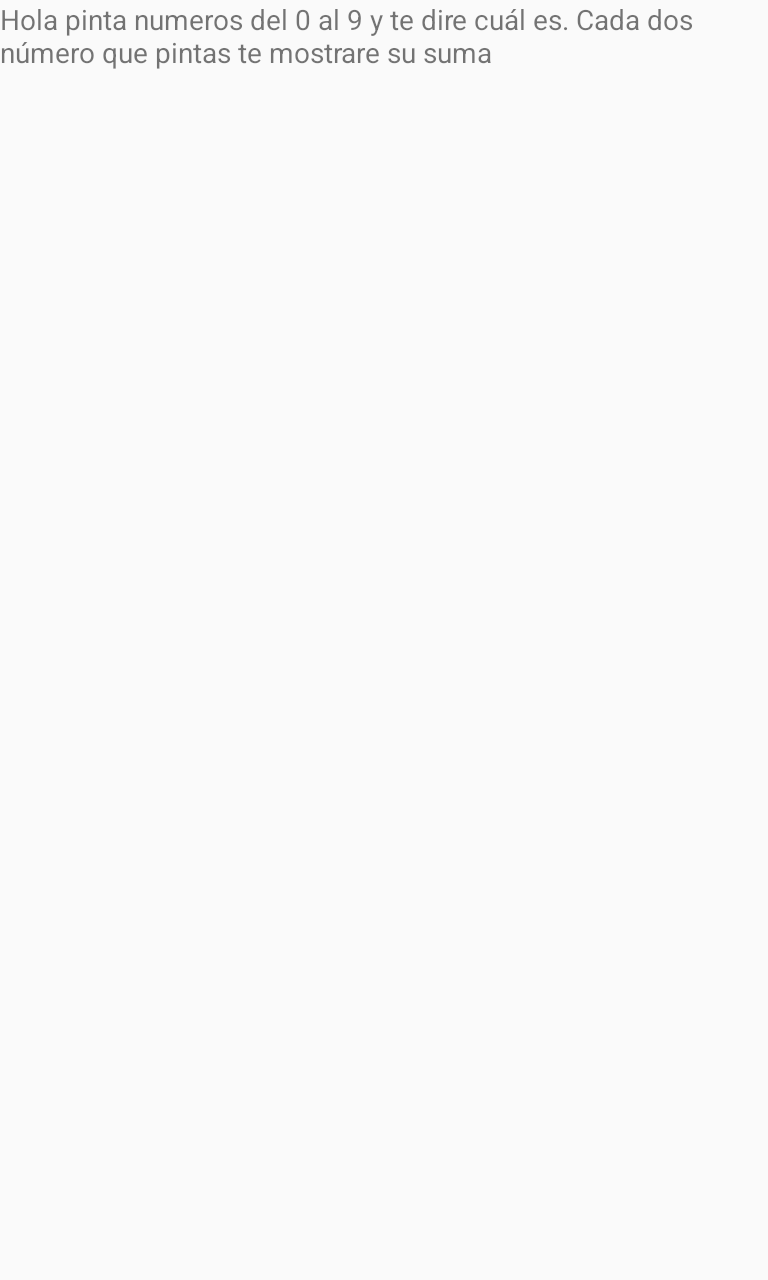
Repository: Jick9536/NPI-P3
Layout: Gesto2/res/layout/activity_main_activity2.xml
These files come from the project's save history. The layout is drawn as it stood at one moment and after the next save; the edit follows.
It is drawn on a 768 x 1280 px phone screen (xhdpi) without system bars, with theme AppTheme; the app's code is not run.

Above is the layout before, as saved 2015-01-03 18:51:44.

After the next save:
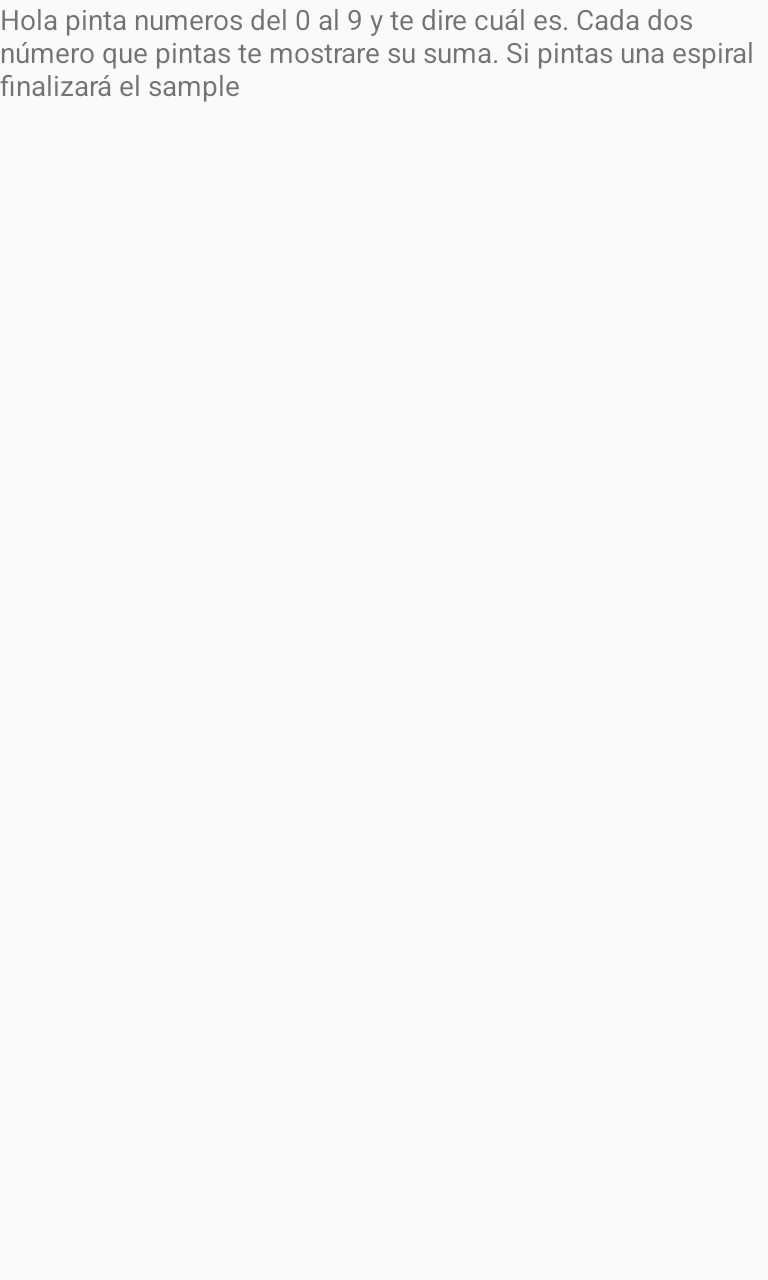
Saved 22 s later.
--- a/Gesto2/res/layout/activity_main_activity2.xml
+++ b/Gesto2/res/layout/activity_main_activity2.xml
@@ -13,6 +13,6 @@ android:layout_weight="1.0" />
 <TextView
 android:layout_width="match_parent"
 android:layout_height="match_parent"
-android:text="Hola pinta numeros del 0 al 9 y te dire cuál es. Cada dos número que pintas te mostrare su suma" />
+android:text="Hola pinta numeros del 0 al 9 y te dire cuál es. Cada dos número que pintas te mostrare su suma. Si pintas una espiral finalizará el sample" />
 
 </LinearLayout>
